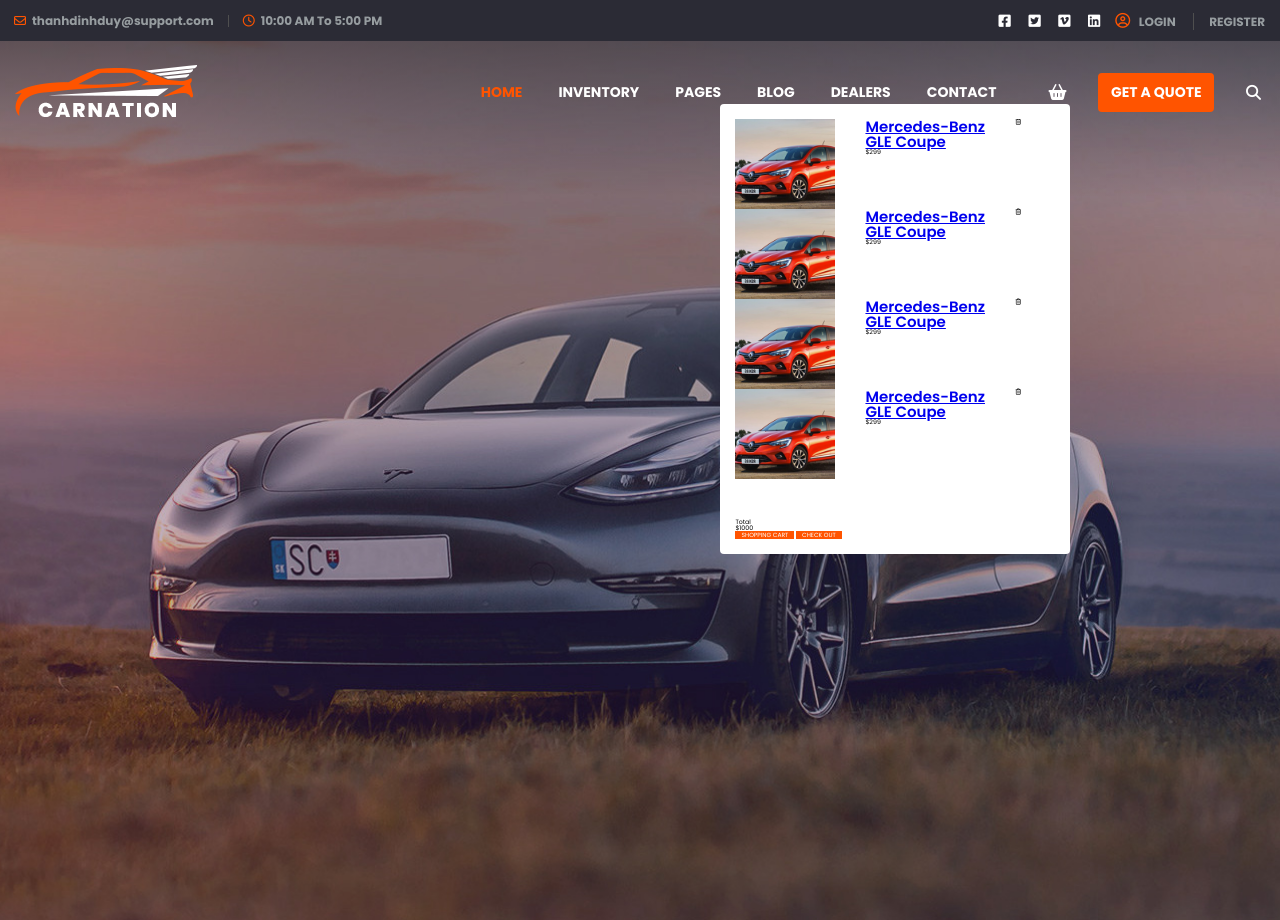
Repository: thanhdinh01/shopcar
Page: index.html
An editor plug-in stored every save of this project. The page is shown before and after the next save, followed by the edit.
The browser window is 1280 px wide. The pictures show the whole page.
Some web libraries are served in a nearby version. The style sheet was rebuilt from its Sass, Less or Tailwind sources for each picture, by a compiler version that may differ from the author's.

Above is the page before, as saved 2022-08-10 19:18:10.

### index.html
<!DOCTYPE html>
<html lang="en">
  <head>
    <meta charset="UTF-8" />
    <meta http-equiv="X-UA-Compatible" content="IE=edge" />
    <meta name="viewport" content="width=device-width, initial-scale=1.0" />
    <title>Increase follower on social media</title>
    <link
      rel="stylesheet"
      href="https://cdnjs.cloudflare.com/ajax/libs/font-awesome/6.1.2/css/all.min.css"
      integrity="sha512-1sCRPdkRXhBV2PBLUdRb4tMg1w2YPf37qatUFeS7zlBy7jJI8Lf4VHwWfZZfpXtYSLy85pkm9GaYVYMfw5BC1A=="
      crossorigin="anonymous"
      referrerpolicy="no-referrer"
    />
    <link
      href="https://fonts.googleapis.com/css2?family=Poppins:wght@300;400;500;600;700&display=swap"
      rel="stylesheet"
    />
    <link rel="stylesheet" href="./css/reset.css" />
    <link rel="stylesheet" href="./css/style.css" />
  </head>

  <body>
    <div class="main">
      <!-- HEADER -->
      <header class="header">
        <div class="header-top">
          <div class="container">
            <div class="header-top-container dflex">
              <ul class="header-top-left">
                <li>
                  <i class="fa-regular fa-envelope"></i>
                  <p>thanhdinhduy@support.com</p>
                </li>
                <li>
                  <i class="fa-regular fa-clock"></i>
                  <p>10:00 AM To 5:00 PM</p>
                </li>
              </ul>
              <ul class="header-top-right">
                <li class="header-contact">
                  <a href="#"><i class="fa-brands fa-square-facebook"></i></a>
                  <a href="#"><i class="fa-brands fa-square-twitter"></i></a>
                  <a href="#"><i class="fa-brands fa-square-vimeo"></i></a>
                  <a href="#"><i class="fa-brands fa-linkedin"></i></a>
                </li>
                <li class="header-login">
                  <a href="#" class="login">
                    <i class="fa-regular fa-circle-user"></i> LOGIN
                  </a>
                  <a href="#" class="logup"> REGISTER </a>
                </li>
              </ul>
            </div>
          </div>
        </div>
        <div class="header-navigation">
          <div class="container p15 dflex">
            <div class="nav-logo">
              <a href="#" class="logo-link">
                <img src="./images/header/logo.png" alt="logo" />
              </a>
            </div>
            <div class="nav-total dflex">
              <ul class="nav-list dflex">
                <li class="nav-item active">
                  <a href="#">HOME</a>
                </li>
                <li class="nav-item">
                  <a href="#">INVENTORY </a>
                  <ul class="sub-list">
                    <li class="sub-item">
                      <a href="#">Inventory List</a>
                    </li>
                    <li class="sub-item">
                      <a href="#">Inventory Details</a>
                    </li>
                  </ul>
                </li>
                <li class="nav-item">
                  <a href="#">PAGES</a>
                  <ul class="sub-list">
                    <li class="sub-item">
                      <a href="#">About us</a>
                    </li>
                    <li class="sub-item">
                      <a href="#">Loan Calculator</a>
                    </li>
                    <li class="sub-item">
                      <a href="#">Login Page</a>
                    </li>
                  </ul>
                </li>
                <li class="nav-item">
                  <a href="#">BLOG</a>
                  <ul class="sub-list">
                    <li class="sub-item">
                      <a href="#">Our Blog</a>
                    </li>
                    <li class="sub-item">
                      <a href="#">Blog Details</a>
                    </li>
                  </ul>
                </li>
                <li class="nav-item">
                  <a href="#">DEALERS</a>
                </li>
                <li class="nav-item">
                  <a href="#">CONTACT</a>
                </li>
              </ul>
              <ul class="nav-interact dflex">
                <li class="cart">
                  <a href="#" class="cart-link">
                    <i class="fa-solid fa-basket-shopping"></i>
                  </a>
                  <div class="cart-wrap">
                    <div class="cart-top">
                      <div class="cart-item">
                        <a href="#" class="product-img">
                          <img
                            src="./images/latest-car/t_released_cars_thumb01.jpg"
                            alt=""
                          />
                        </a>
                        <div class="product-desc">
                          <a href="#" class="product-title"
                            >Mercedes-Benz GLE Coupe</a
                          >
                          <span class="product-price">$299</span>
                        </div>
                        <div class="delete-item">
                          <i class="fa-regular fa-trash-can"></i>
                        </div>
                      </div>
                      <div class="cart-item">
                        <a href="#" class="product-img">
                          <img
                            src="./images/latest-car/t_released_cars_thumb01.jpg"
                            alt=""
                          />
                        </a>
                        <div class="product-desc">
                          <a href="#" class="product-title">
                            Mercedes-Benz GLE Coupe
                          </a>
                          <span class="product-price">$299</span>
                        </div>
                        <div class="delete-item">
                          <i class="fa-regular fa-trash-can"></i>
                        </div>
                      </div>
                      <div class="cart-item">
                        <a href="#" class="product-img">
                          <img
                            src="./images/latest-car/t_released_cars_thumb01.jpg"
                            alt=""
                          />
                        </a>
                        <div class="product-desc">
                          <a href="#" class="product-title"
                            >Mercedes-Benz GLE Coupe</a
                          >
                          <span class="product-price">$299</span>
                        </div>
                        <div class="delete-item">
                          <i class="fa-regular fa-trash-can"></i>
                        </div>
                      </div>
                      <div class="cart-item">
                        <a href="#" class="product-img">
                          <img
                            src="./images/latest-car/t_released_cars_thumb01.jpg"
                            alt=""
                          />
                        </a>
                        <div class="product-desc">
                          <a href="#" class="product-title"
                            >Mercedes-Benz GLE Coupe</a
                          >
                          <span class="product-price">$299</span>
                        </div>
                        <div class="delete-item">
                          <i class="fa-regular fa-trash-can"></i>
                        </div>
                      </div>
                    </div>
                    <div class="cart-bottom">
                      <div class="cart-bottom-price">
                        <p>Total</p>
                        <span>$1000</span>
                      </div>
                      <div class="cart-bottom-buying">
                        <button class="button buy-now">SHOPPING CART</button>
                        <button class="button check-out">CHECK OUT</button>
                      </div>
                    </div>
                  </div>
                </li>
                <li class="quote">
                  <button class="button">GET A QUOTE</button>
                </li>
                <li class="search">
                  <i class="fa-solid fa-magnifying-glass"></i>
                </li>
              </ul>
            </div>
          </div>
        </div>
        <div class="header-main"></div>
        <div class="header-selection"></div>
      </header>
    </div>
  </body>
</html>

### css/style.scss
@import "reset";
@import "variables";
@import "global";
@import "header";

### css/_variables.scss
$primaryColor: #ff5400;
$blackColor: #000;
$whiteColor: #fff;
$textColor: #9c9c9c;

### css/_global.scss
body,
*,
html {
    font-family: 'Poppins', sans-serif;
    font-size: 62.5%;
    box-sizing: border-box;
}

.container {
    max-width: 1440px;
    margin: 0 auto;
}

.dflex {
    display: flex;
    justify-content: space-between;
    align-items: center;
}

.button {
    outline: none;
    border: none;
    color: $whiteColor;
    background-color: $primaryColor;
    line-height: 1;
}

.p15 {
    padding: 0 15px;
}

### css/_header.scss
.header {
  background: url("../images/header/banner_bg02.jpg") center/ cover no-repeat;
  height: 920px;
  .header-top {
    max-width: 100%;
    height: 41px;
    background-color: #2b2b35;
    color: #979da0;
    font-size: 1.2rem;
    font-weight: 700;
    &-container,
    .container {
      height: 100%;
    }
    &-left {
      display: flex;
      li:first-child {
        border-right: 1px solid #4f4f4f;
      }
      li {
        display: flex;
        align-items: center;
        padding: 0 14px;
        i {
          color: $primaryColor;
          margin-right: 6px;
        }
      }
    }
    &-right {
      display: flex;
      align-items: center;
      .header-contact {
        a {
          color: $whiteColor;
          margin-left: 15px;
          font-size: 1.4rem;
          text-decoration: none;
          i {
            display: inline-block;
          }
          &:hover {
            color: $primaryColor;
          }
        }
      }
      .header-login {
        a {
          text-decoration: none;
          color: #979da0;
          padding: 0 15px;
          font-size: 12px;
          &:first-child {
            padding-right: 15px;
            border-right: 1px solid #4f4f4f;
            i {
              color: $primaryColor;
              margin-right: 6px;
              font-size: 1.5rem;
            }
          }
          &:hover {
            color: $primaryColor;
          }
        }
      }
    }
  }
  .header-navigation {
    padding-top: 24px;
    position: relative;
    &::after {
      content: "";
      position: absolute;
      left: 0;
      top: 0;
      width: 100%;
      height: 156px;
      background: linear-gradient(to bottom, #151515, transparent);
      opacity: 0.47;
    }
    .nav-logo,
    .nav-total {
      z-index: 1;
    }
    .nav-list {
      margin-right: 30px;
      .nav-item.active {
        a {
          color: $primaryColor;
        }
      }
      .nav-item {
        position: relative;
        a {
          padding: 20px 18px;
          display: inline-block;
          text-decoration: none;
          font-size: 14px;
          font-weight: 700;
          color: $whiteColor;
          &:hover {
            color: $primaryColor;
          }
        }
        &:hover .sub-list {
          opacity: 1;
          visibility: visible;
          transform: scale(1);
        }
        .sub-list {
          position: absolute;
          top: 100%;
          left: 0;
          width: 200px;
          padding: 15px 0;
          background-color: $whiteColor;
          box-shadow: 0px 30px 70px 0px rgb(137 139 142 / 15%);
          transform: scale(1, 0);
          transform-origin: 0 0;
          opacity: 0;
          visibility: hidden;
          transition: all 0.3s ease-in-out;
          .sub-item a {
            color: $blackColor;
            display: block;
            padding: 16px 18px;
            &:hover {
              color: $primaryColor;
            }
          }
        }
      }
    }
    .nav-interact {
      gap: 0 28px;
      .cart {
        position: relative;
        .cart-link {
          display: block;
          padding: 4px;
          i {
            font-size: 1.6rem;
            color: $whiteColor;
          }
        }
        .cart-wrap {
          position: absolute;
          right: 0;
          top: 100%;
          height: 450px;
          width: 350px;
          padding: 15px;
          display: flex;
          flex-direction: column;
          justify-content: space-between;
          background-color: $whiteColor;
          border-radius: 4px;
          .cart-top {
            height: 40%;
            width: 100%;
            overflow: auto;
            flex: 1;
            .cart-item {
              display: grid;
              grid-template-columns: 2fr 3fr 1fr;
              grid-gap: 0 30px;
              .product-img {
                width: 100px;
                height: 90px;
                img {
                  width: 100%;
                  height: 100%;
                  object-fit: cover;
                }
              }
              .product-desc {
                display: flex;
                flex-direction: column;
                .product-title{
                  font-size: 1.5rem;
                  font-weight: 600;
                }
              }
            }
          }
        }
      }
      .quote {
        button {
          color: $whiteColor;
          font-size: 1.4rem;
          font-weight: 700;
          padding: 12.5px;
          border-radius: 4px;
          min-width: 44px;
          cursor: pointer;
          transition: all 0.3s ease;
          &:hover {
            background-color: $blackColor;
          }
        }
      }
      .search {
        i {
          display: block;
          font-size: 1.5rem;
          padding: 4px;
          color: $whiteColor;
          cursor: pointer;
        }
      }
    }
  }
}

Loaded but not shown: css/reset.css (common file); css/_reset.scss (common file)

After the next save:
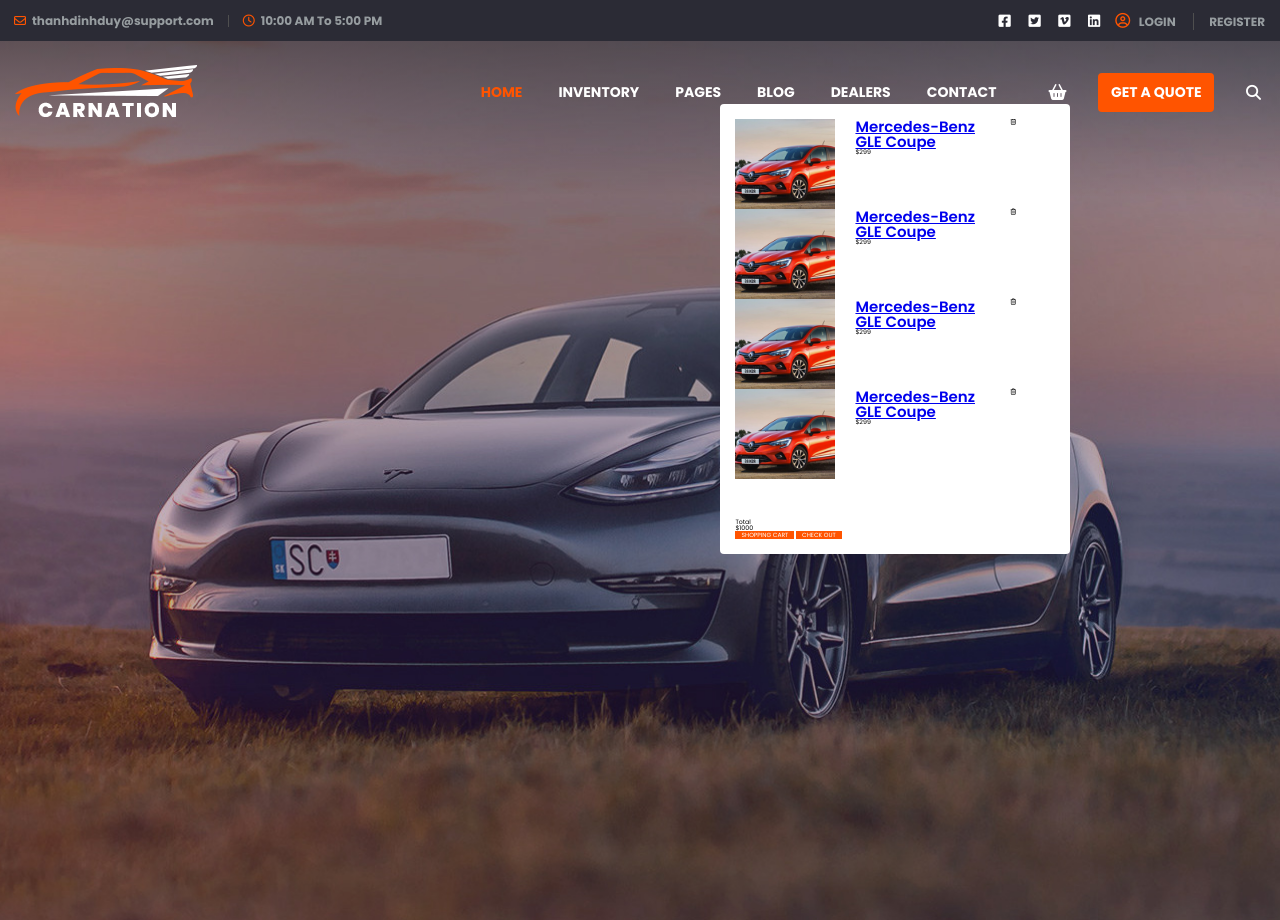
Saved 16 s later.
--- a/css/_header.scss
+++ b/css/_header.scss
@@ -164,7 +164,7 @@
             .cart-item {
               display: grid;
               grid-template-columns: 2fr 3fr 1fr;
-              grid-gap: 0 30px;
+              grid-gap: 0 20px;
               .product-img {
                 width: 100px;
                 height: 90px;
@@ -177,7 +177,7 @@
               .product-desc {
                 display: flex;
                 flex-direction: column;
-                .product-title{
+                .product-title {
                   font-size: 1.5rem;
                   font-weight: 600;
                 }
